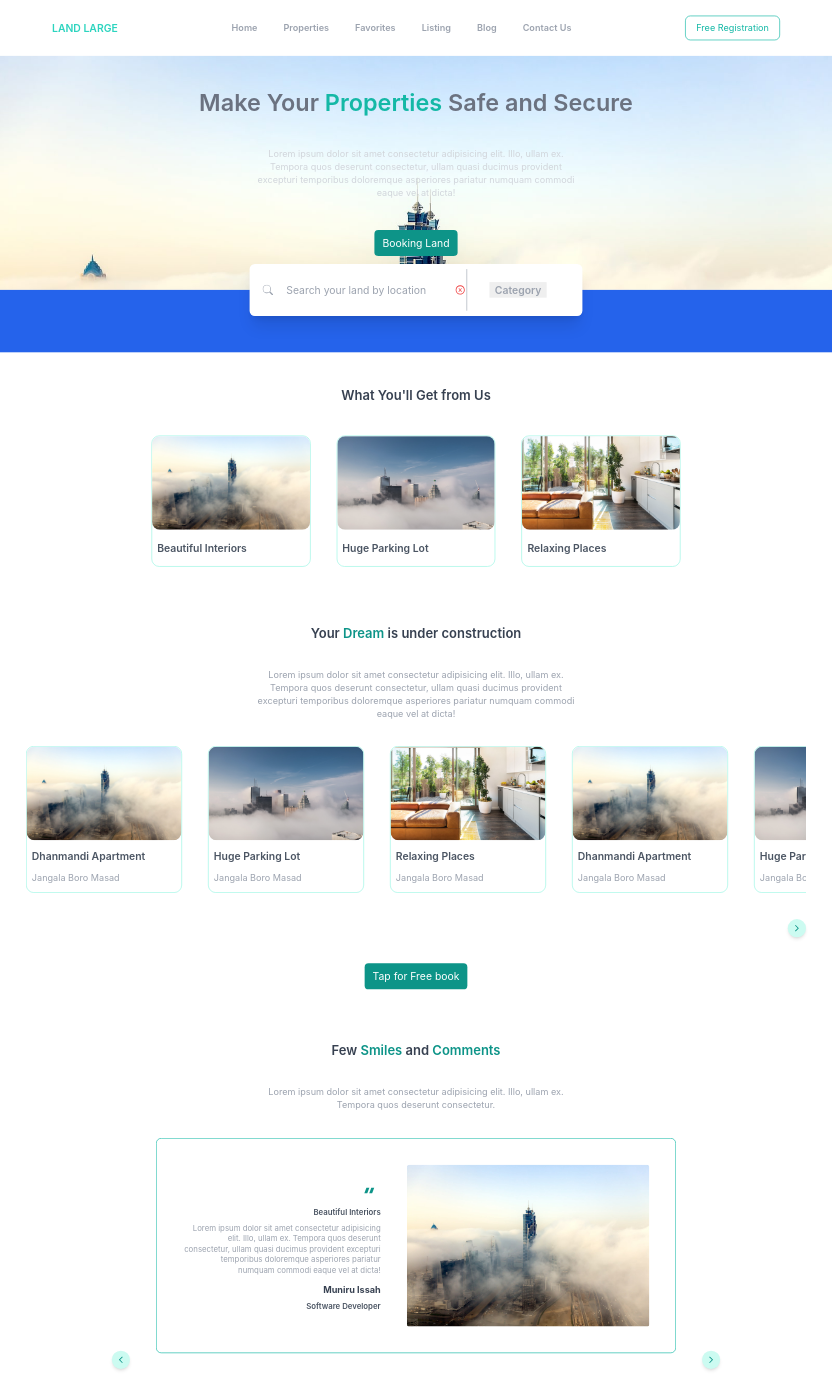
Repository: MuniruIssah/realestate
Page: /
The author's editor kept a copy of each file at every save. The page is drawn from the files as they stood at one save, then again after the next save.
The browser window is 1280 px wide. The pictures show the whole page, at 65% of full size.
The project was rebuilt for these pictures with package versions that can differ from the ones it lists, and the page was loaded fresh each time. Also part of the build but not shown: src/App.css.

Above is the page before, as saved 2022-02-20 07:34:01.

### src/App.js
import logo from "./logo.svg";
import "./App.css";
import Header from "./components/Header";
import Jumbotron from "./components/Jumbotron";
import Search from "./components/Search";
import Services from "./components/Services";
import UnderConstruction from "./components/UnderConstruction";
import SmilesAndComments from "./components/SmilesAndComments";

function App() {
  return (
    <div className="h-screen">
      <Header />
      <Jumbotron />
      <Search />
      <Services />
      <UnderConstruction/>
      <SmilesAndComments/>
    </div>
  );
}

export default App;

### src/components/Header.js
import React from "react";
const links = [
  "Home",
  "Properties",
  "Favorites",
  "Listing",
  "Blog",
  "Contact Us",
];
const Header = () => {
  return (
    <div className="flex justify-between items-center px-3 lg:px-20 py-6">
      <span className="uppercase text-teal-400  font-semibold">land large</span>
      <div className="hidden lg:flex space-x-10 items-center">
        {links.map((link, index) => (
          <LinkItem key={index} name={link} />
        ))}
      </div>
      <button className="text-teal-500 border border-teal-500 rounded rounded-lg py-2 px-4 text-sm">
          Free Registration
      </button>
    </div>
  );
};

export default Header;

const LinkItem = ({ name }) => {
  return (
    <a href="#" className="text-gray-400 hover:text-teal-500 font-semibold text-sm">
      {name}
    </a>
  );
};

### src/components/Jumbotron.js
import React from "react";
import building from "../assets/building_cloud.jpg";
const Jumbotron = () => {
  return (
    <div
      style={{ backgroundImage: `url(${building})` }}
      className="h-3/6 flex flex-col justify-center items-center space-y-12 w-full  bg-no-repeat bg-cover"
    >
      <span className="lg:text-4xl text-gray-500 text-center font-semibold">
        Make Your <span className="text-teal-500">Properties</span> Safe and
        Secure
      </span>
      <p className="text-gray-300 text-sm text-center max-w-lg">
        Lorem ipsum dolor sit amet consectetur adipisicing elit. Illo, ullam ex.
        Tempora quos deserunt consectetur, ullam quasi ducimus provident
        excepturi temporibus doloremque asperiores pariatur numquam commodi
        eaque vel at dicta!
      </p>
      <button className="text-white bg-teal-600 py-2 px-3 rounded rounded-md">
          Booking Land
      </button>
    </div>
  );
};

export default Jumbotron;

### src/components/Search.js
import React from "react";
import { BsSearch } from "react-icons/bs";
import { AiOutlineCloseCircle } from "react-icons/ai";
const Search = () => {
  return (
    <div className="hidden lg:block  h-24 relative w-full bg-blue-600 mb-6">
      <div className="absolute h-20 w-full  -top-10">
        <div className="flex shadow shadow-xl h-full w-2/5 rounded rounded-lg bg-white mx-auto px-5 py-2">
          <div className="basis-2/3 flex items-center justify-center border-r-2 border-gray-300 space-x-5 ">
            <BsSearch className="text-gray-400" />
            <input
              type="text"
              className="w-60 outline-none text-gray-400"
              placeholder="Search your land by location"
            />
            <AiOutlineCloseCircle className="text-red-500" />
          </div>
          <div className="flex justify-center items-center basis-1/3">
            <select
              name="category"
              className="text-gray-400 outline-none px-2 font-semibold appearance-none"
              id=""
            >
              <option>Category</option>
            </select>
          </div>
        </div>
      </div>
    </div>
  );
};

export default Search;

### src/components/Services.js
import React from "react";
import interior from "../assets/interior.jpg";
import R from "../assets/R.png";
import building_cloud from "../assets/building_cloud.jpg";

const servicesList = [
  {
    image: building_cloud,
    service: "Beautiful Interiors",
  },
  {
    image: R,
    service: "Huge Parking Lot",
  },
  {
    image: interior,
    service: "Relaxing Places",
  },
];
const Services = () => {
  return (
    <div className="w-full flex flex-col justify-center items-center space-y-7 p-7">
      <h2 className="text-gray-700 text-xl font-semibold">
        What You'll Get from Us
      </h2>

      <div className=" md:flex  md:space-x-10 justify-center items-start w-full">
        {servicesList.map((service, index) => (
          <ServicesCard key={index} {...service} />
        ))}
      </div>
    </div>
  );
};

export default Services;

const ServicesCard = ({ image, service }) => {
  return (
    <div className="group w-full my-5 md:w-1/5 border border-teal-200 hover:bg-teal-600 hover:ring-teal-600 rounded rounded-xl">
      <img
        src={image}
        alt="service"
        className="w-full h-36 object-cover rounded rounded-xl group-hover:contrast-50"
      />
      <span className="block py-4 px-2 text-gray-600 font-semibold group-hover:text-white ">
        {service}
      </span>
      <button className="mx-3 mb-3 py-2 px-3 bg-white text-teal-600 group-hover:block hidden rounded rounded-2xl ">
        Know More
      </button>
    </div>
  );
};

### src/components/UnderConstruction.js
import React from "react";
import interior from "../assets/interior.jpg";
import R from "../assets/R.png";
import building_cloud from "../assets/building_cloud.jpg";
import { MdOutlineArrowForwardIos } from "react-icons/md";
const servicesList = [
  {
    image: building_cloud,
    service: "Dhanmandi Apartment",
    description: "Jangala Boro Masad",
  },
  {
    image: R,
    service: "Huge Parking Lot",
    description: "Jangala Boro Masad",
  },
  {
    image: interior,
    service: "Relaxing Places",
    description: "Jangala Boro Masad",
  },
  {
    image: building_cloud,
    service: "Dhanmandi Apartment",
    description: "Jangala Boro Masad",
  },
  {
    image: R,
    service: "Huge Parking Lot",
    description: "Jangala Boro Masad",
  },
  {
    image: interior,
    service: "Relaxing Places",
    description: "Jangala Boro Masad",
  },
  {
    image: building_cloud,
    service: "Dhanmandi Apartment",
    description: "Jangala Boro Masad",
  },
  {
    image: R,
    service: "Huge Parking Lot",
    description: "Jangala Boro Masad",
  },
  {
    image: interior,
    service: "Relaxing Places",
    description: "Jangala Boro Masad",
  },
];

const UnderConstruction = () => {
  return (
    <div className="w-full flex flex-col justify-center items-center space-y-10 p-10">
      <h2 className="text-gray-700 text-xl font-semibold">
        Your <span className="text-teal-600">Dream</span> is under construction
      </h2>
      <p className="text-gray-400 text-sm text-center max-w-lg">
        Lorem ipsum dolor sit amet consectetur adipisicing elit. Illo, ullam ex.
        Tempora quos deserunt consectetur, ullam quasi ducimus provident
        excepturi temporibus doloremque asperiores pariatur numquam commodi
        eaque vel at dicta!
      </p>
      <div className="w-full flex flex-no-wrap space-x-10 overflow-x-auto scroll-smooth scroll-pl-6 snap-x">
        {servicesList.map((service, index) => (
          <UnderConstructionCard key={index} {...service} />
        ))}
      </div>

      <button className="bg-teal-100 text-xs rounded rounded-full text-teal-600 p-2  self-end shadow-md">
        <MdOutlineArrowForwardIos />
      </button>
      <button className="text-white bg-teal-600 py-2 px-3 rounded rounded-md">
        Tap for Free book
      </button>
    </div>
  );
};

export default UnderConstruction;

const UnderConstructionCard = ({ image, service, description }) => {
  return (
    <div className="group snap-start flex-shrink-0  md:w-60 border border-teal-200 hover:bg-teal-600 hover:ring-teal-600 rounded rounded-xl">
      <img
        src={image}
        alt="service"
        className="w-full h-36 object-cover rounded rounded-xl group-hover:contrast-50"
      />
      <span className="block py-3 px-2 text-gray-600 font-semibold group-hover:text-white ">
        {service}
      </span>
      <span className="block pb-3 px-2 text-gray-400 text-sm  group-hover:text-white ">
        {description}
      </span>
      {/* <button className="mx-3 mb-3 py-2 px-3 bg-white text-teal-600 group-hover:block hidden rounded rounded-2xl ">
          Know More
        </button> */}
    </div>
  );
};

### src/components/SmilesAndComments.js
import React from "react";
import interior from "../assets/interior.jpg";
import R from "../assets/R.png";
import building_cloud from "../assets/building_cloud.jpg";
import {
  MdOutlineArrowForwardIos,
  MdOutlineArrowBackIos,
} from "react-icons/md";
import { CgQuote } from "react-icons/cg";
const commentList = [
  {
    image: building_cloud,
    title: "Beautiful Interiors",
    name: "Muniru Issah",
    role: "Software Developer",
    description: `Lorem ipsum dolor sit amet consectetur adipisicing elit. Illo, ullam ex.
    Tempora quos deserunt consectetur, ullam quasi ducimus provident
    excepturi temporibus doloremque asperiores pariatur numquam commodi
    eaque vel at dicta!`,
  },
  {
    image: R,
    title: "Huge Parking Lot",
    name: "Muniru Issah",
    role: "Software Developer",
    description: `Lorem ipsum dolor sit amet consectetur adipisicing elit. Illo, ullam ex.
    Tempora quos deserunt consectetur, ullam quasi ducimus provident
    excepturi temporibus doloremque asperiores pariatur numquam commodi
    eaque vel at dicta!`,
  },
  {
    image: interior,
    title: "Relaxing Places",
    name: "Muniru Issah",
    role: "Software Developer",
    description: `Lorem ipsum dolor sit amet consectetur adipisicing elit. Illo, ullam ex.
      Tempora quos deserunt consectetur, ullam quasi ducimus provident
      excepturi temporibus doloremque asperiores pariatur numquam commodi
      eaque vel at dicta!`,
  },
];
const SmilesAndComments = () => {
  return (
    <div className="w-full flex flex-col justify-center items-center space-y-10 p-10">
      <h2 className="text-gray-700 text-xl font-semibold">
        Few <span className="text-teal-600">Smiles</span> and{" "}
        <span className="text-teal-600">Comments</span>
      </h2>
      <p className="text-gray-400 text-sm text-center max-w-lg">
        Lorem ipsum dolor sit amet consectetur adipisicing elit. Illo, ullam ex.
        Tempora quos deserunt consectetur.
      </p>
      <div className="flex space-x-10 justify-center items-center ">
        <button className="bg-teal-100 text-xs rounded rounded-full text-teal-600 p-2  self-end shadow-md">
          <MdOutlineArrowBackIos />
        </button>
        <div className="basis-2/3 flex flex-no-wrap space-x-14 overflow-x-auto scroll-smooth scroll-pl-6 snap-x">
          {commentList.map((comment, index) => (
            <SmilesAndCommentCard key={index} {...comment} />
          ))}
        </div>
        <button className="bg-teal-100 text-xs rounded rounded-full text-teal-600 p-2  self-end shadow-md">
          <MdOutlineArrowForwardIos />
        </button>
      </div>
    </div>
  );
};

export default SmilesAndComments;

const SmilesAndCommentCard = ({ image, title, description, name, role }) => {
  return (
    <div className="w-full flex-shrink-0 border border-teal-500 flex justify-center items-center space-x-10 h-full snap-start rounded rounded-lg p-10 ">
      <div className="text-right flex flex-col">
        <CgQuote className="text-teal-600 text-4xl self-end" />
        <span className="font-semibold text-xs text-gray-600 my-2">
          {title}
        </span>
        <p className="text-gray-400 text-xs">
          {description}
        </p>
        <span className="font-bold text-sm text-gray-700 mt-3 mb-2">
            {name}
        </span>
        <span className="font-semibold text-xs text-gray-600">
          {role}
        </span>
      </div>
      <div className="">
        <img
          src={image}
          alt={title}
          className="rounded rounder-lg h-full hidden md:block object-center"
        />
      </div>
    </div>
  );
};

Loaded but not shown: public/index.html (common file); src/index.js (common file); src/index.css (common file); src/reportWebVitals.js (common file); tailwind.config.js (common file)

After the next save:
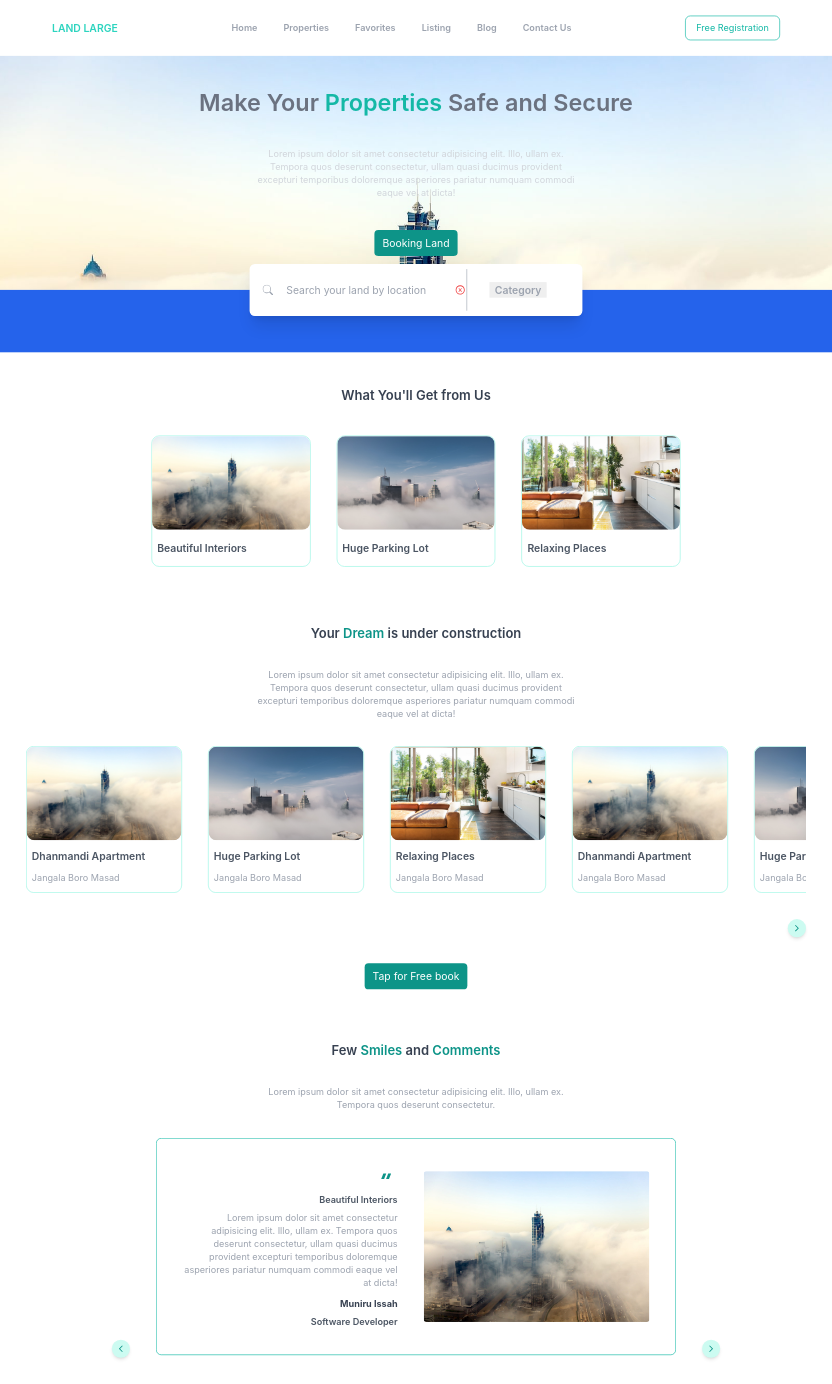
Saved 39 s later.
--- a/src/components/SmilesAndComments.js
+++ b/src/components/SmilesAndComments.js
@@ -74,16 +74,16 @@ const SmilesAndCommentCard = ({ image, title, description, name, role }) => {
     <div className="w-full flex-shrink-0 border border-teal-500 flex justify-center items-center space-x-10 h-full snap-start rounded rounded-lg p-10 ">
       <div className="text-right flex flex-col">
         <CgQuote className="text-teal-600 text-4xl self-end" />
-        <span className="font-semibold text-xs text-gray-600 my-2">
+        <span className="font-semibold text-sm text-gray-600 my-2">
           {title}
         </span>
-        <p className="text-gray-400 text-xs">
+        <p className="text-gray-400 text-sm">
           {description}
         </p>
         <span className="font-bold text-sm text-gray-700 mt-3 mb-2">
             {name}
         </span>
-        <span className="font-semibold text-xs text-gray-600">
+        <span className="font-semibold text-sm text-gray-600">
           {role}
         </span>
       </div>
